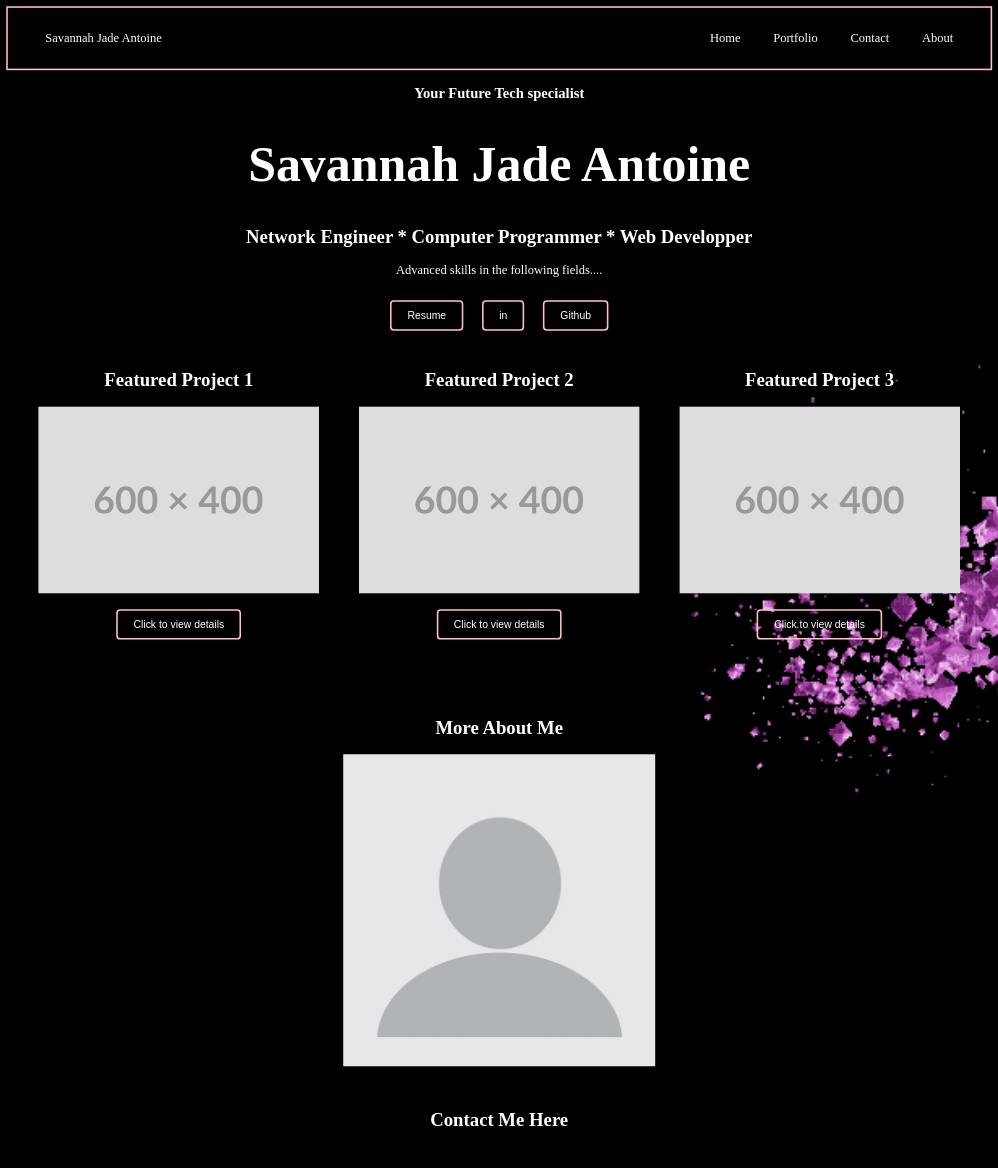
Repository: Savannah-Antoine/Savannah-Antoine
Page: index.html
An editor plug-in stored every save of this project. The page is shown before and after the next save, followed by the edit.
The browser window is 1280 px wide. The pictures show the whole page, at 78% of full size.

Above is the page before, as saved 2026-05-15 13:06:53.

After the next save:
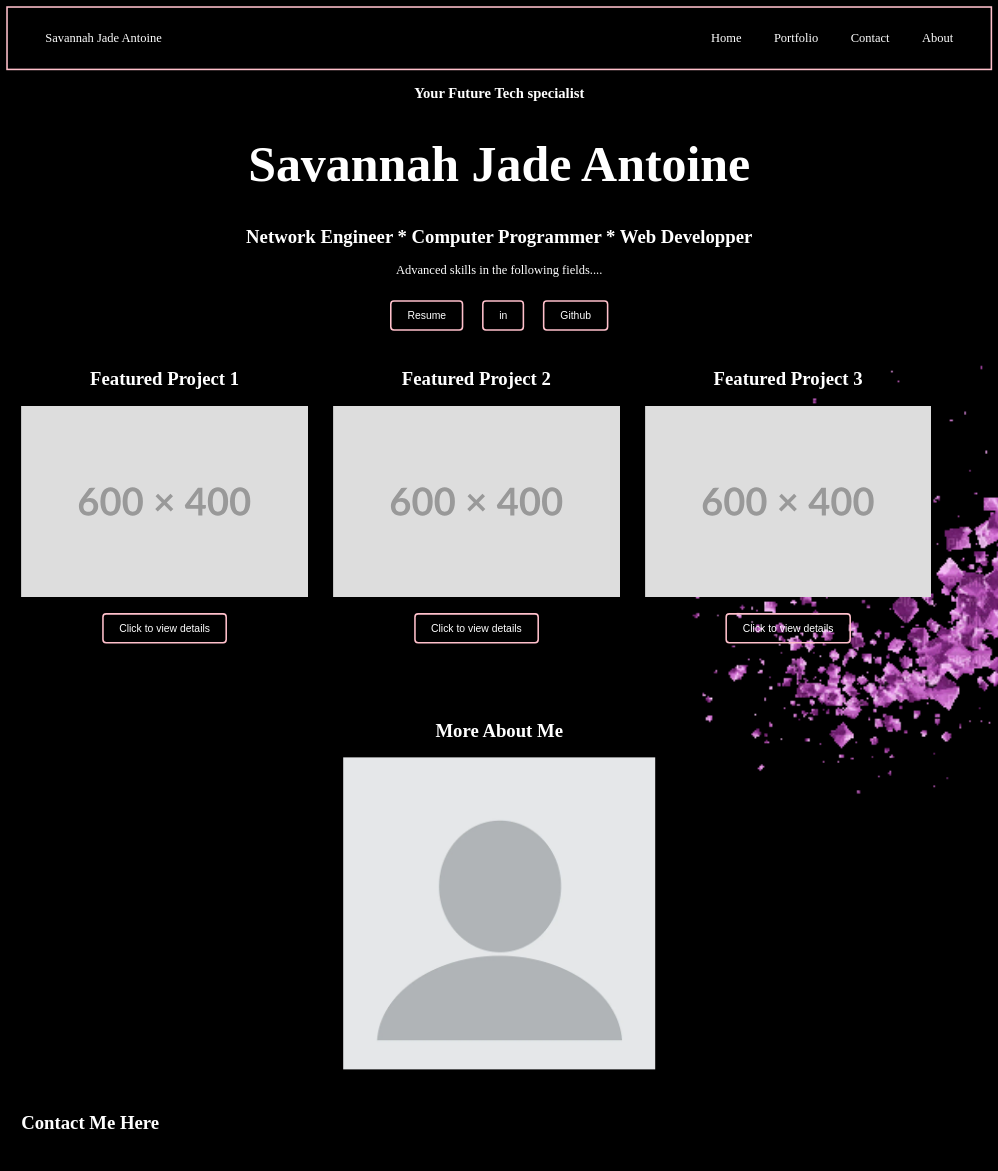
Saved 4 min 38 s later.
--- a/styles/index.css
+++ b/styles/index.css
@@ -3,7 +3,7 @@
     flex-direction: column;
     align-items: center;
     gap: 2rem;
-    padding: 20px;
+    padding: 1.2rem;
 
 }
 
@@ -11,8 +11,8 @@
 
 .navigation {
     display: grid;
-    grid-template-columns: repeat(2, 1fr); /* Creates a perfect 2x2 grid */
-    gap: 10px;
+    grid-template-columns: repeat(2, 1fr);
+    gap: 0.6rem;
     text-align: right;
 }
 
@@ -23,7 +23,7 @@ body h1{
 }
 
 img{
-   width: 100%;
+    width: 100%;
     max-width: 400px;
     height: auto;
 }
@@ -37,7 +37,6 @@ img{
     .container {
         flex-direction: row;
         flex-wrap: wrap;
-        justify-content: space-around;
         align-items: flex-start;
     }
     .project-card {
@@ -59,12 +58,9 @@ img{
 }
 
 
-
-
 @media screen and (min-width: 1000px)
 {
     .container {
-        max-width: 1200px;
         margin: 0 auto;
     }
 }
